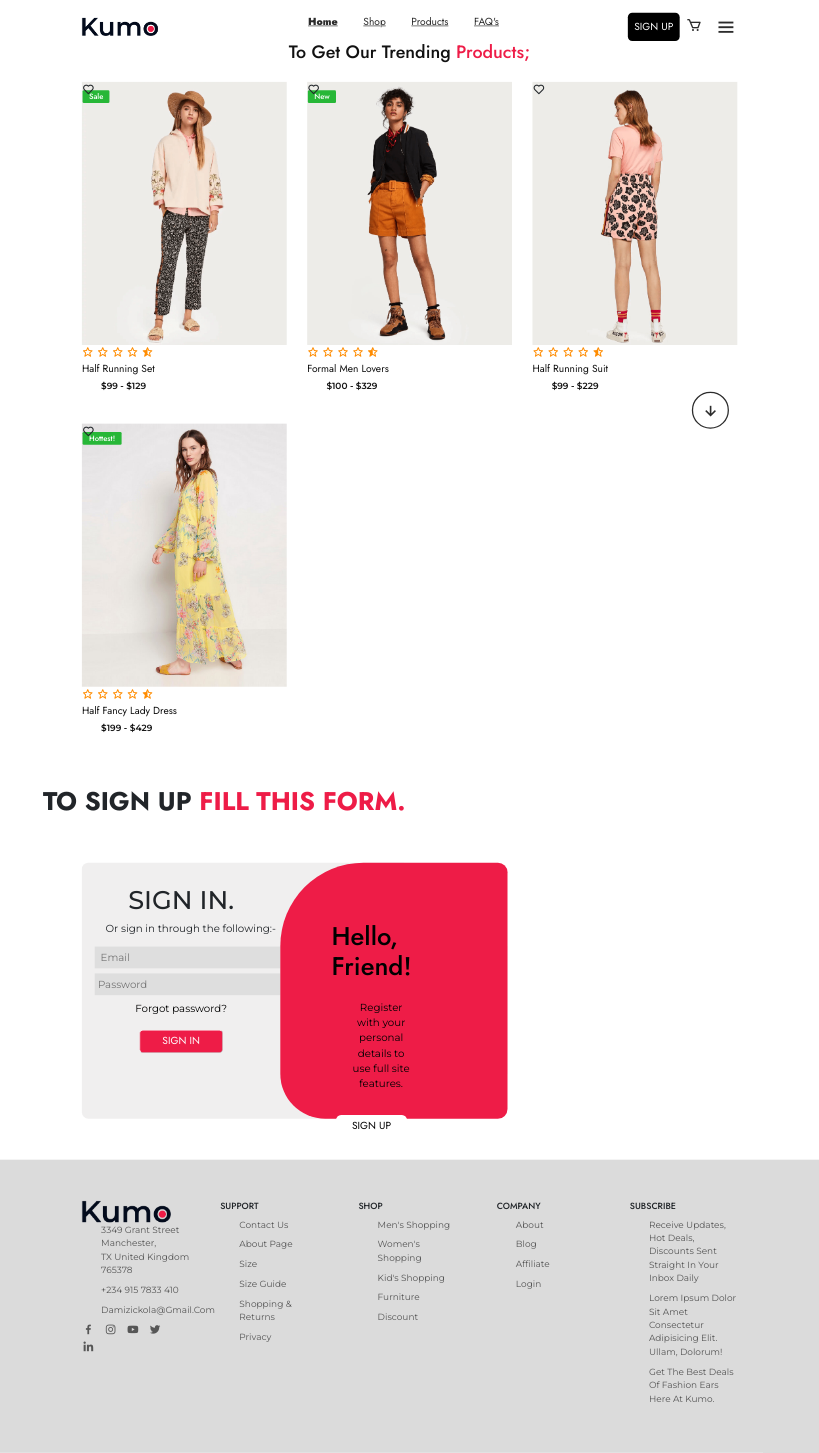
Repository: isaacCodes1/Kumo-Website.
Page: form.html
An editor plug-in stored every save of this project. The page is shown before and after the next save, followed by the edit.
The browser window is 1280 px wide. The pictures show the whole page, at 64% of full size.
The pointer rests on the first visible `.pro2`.

Above is the page before, as saved 2024-03-26 11:44:59.

### form.html
<!DOCTYPE html>
<html lang="en">
  <head>
    <meta charset="UTF-8" />
    <meta name="viewport" content="width=device-width, initial-scale=1.0" />
    <link rel="stylesheet" href="style.css" />
    <link rel="stylesheet" href="Mediaquery.css" />
    <link rel="preconnect" href="https://fonts.googleapis.com" />
    <link rel="preconnect" href="https://fonts.gstatic.com" crossorigin />
    <link
      href="https://fonts.googleapis.com/css2?family=Bricolage+Grotesque:opsz,wght@12..96,200..800&family=Jost:ital,wght@0,100..900;1,100..900&family=Montserrat:ital,wght@0,100..900;1,100..900&family=Poppins:ital,wght@0,100;0,200;0,300;0,400;0,500;0,600;0,700;0,800;0,900;1,100;1,200;1,300;1,400;1,500;1,600;1,700;1,800;1,900&display=swap"
      rel="stylesheet"
    />
    <link
      rel="stylesheet"
      href="https://cdnjs.cloudflare.com/ajax/libs/font-awesome/6.5.1/css/all.min.css"
      integrity="sha512-DTOQO9RWCH3ppGqcWaEA1BIZOC6xxalwEsw9c2QQeAIftl+Vegovlnee1c9QX4TctnWMn13TZye+giMm8e2LwA=="
      crossorigin="anonymous"
      referrerpolicy="no-referrer"
    />
    <link
      rel="stylesheet"
      href="https://unpkg.com/boxicons@latest/css/boxicons.min.css"
    />
    <link
      href="https://cdn.jsdelivr.net/npm/bootstrap@5.2.3/dist/css/bootstrap.min.css"
      rel="stylesheet"
      integrity="sha384-rbsA2VBKQhggwzxH7pPCaAqO46MgnOM80zW1RWuH61DGLwZJEdK2Kadq2F9CUG65"
      crossorigin="anonymous"
    />
    <script
      src="https://cdn.jsdelivr.net/npm/bootstrap@5.2.3/dist/js/bootstrap.bundle.min.js"
      integrity="sha384-kenU1KFdBIe4zVF0s0G1M5b4hcpxyD9F7jL+jjXkk+Q2h455rYXK/7HAuoJl+0I4"
      crossorigin="anonymous"
    ></script>
    <title>Document</title>
  </head>
  <body>
    <header>
      <a href="index.html" class="logo"><img src="Assets/logo.png" alt="" /></a>
      <ul class="navmenu">
        <li><a style="font-weight: 900" href="index.html">Home</a></li>
        <li><a href="shop.html">Shop</a></li>
        <li><a href="products.html">Products</a></li>
        <li><a href="Questions.html">FAQ's</a></li>
      </ul>
      <div class="nav-icon">
        <a href="form.html" class="yes">SIGN UP</a>
        <a href="#"><i class="bx bx-cart"></i></a>
        <div class="bx bx-menu" id="menu-icon"></div>
      </div>
    </header>
    <!-- <trending-products-section-->
    <section class="trending-product" id="trending">
      <div class="center-text">
        <h2>To Get Our Trending <span>Products;</span></h2>
      </div>
      <div class="products">
        <div class="row">
          <img src="/Assets/1.jpg" alt="" />
          <div class="product-text">
            <h5>Sale</h5>
          </div>
          <div class="heart-icon">
            <i class="bx bx-heart"></i>
          </div>
          <div class="ratting">
            <i class="bx bx-star"></i>
            <i class="bx bx-star"></i>
            <i class="bx bx-star"></i>
            <i class="bx bx-star"></i>
            <i class="bx bxs-star-half"></i>
          </div>
          <div class="price">
            <h4>Half Running Set</h4>
            <p>$99 - $129</p>
          </div>
        </div>

        <div class="row">
          <img src="/Assets/2.jpg" alt="" />
          <div class="product-text">
            <h5>New</h5>
          </div>
          <div class="heart-icon">
            <i class="bx bx-heart"></i>
          </div>
          <div class="ratting">
            <i class="bx bx-star"></i>
            <i class="bx bx-star"></i>
            <i class="bx bx-star"></i>
            <i class="bx bx-star"></i>
            <i class="bx bxs-star-half"></i>
          </div>
          <div class="price">
            <h4>Formal Men Lovers</h4>
            <p>$100 - $329</p>
          </div>
        </div>
        <div class="row">
          <img src="/Assets/3.jpg" alt="" />
          <div class="heart-icon">
            <i class="bx bx-heart"></i>
          </div>
          <div class="ratting">
            <i class="bx bx-star"></i>
            <i class="bx bx-star"></i>
            <i class="bx bx-star"></i>
            <i class="bx bx-star"></i>
            <i class="bx bxs-star-half"></i>
          </div>
          <div class="price">
            <h4>Half Running Suit</h4>
            <p>$99 - $229</p>
          </div>
        </div>
        <div class="row">
          <img src="/Assets/4.jpg" alt="" />
          <div class="product-text">
            <h5>Hottest!</h5>
          </div>
          <div class="heart-icon">
            <i class="bx bx-heart"></i>
          </div>
          <div class="ratting">
            <i class="bx bx-star"></i>
            <i class="bx bx-star"></i>
            <i class="bx bx-star"></i>
            <i class="bx bx-star"></i>
            <i class="bx bxs-star-half"></i>
          </div>
          <div class="price">
            <h4>Half Fancy Lady Dress</h4>
            <p>$199 - $429</p>
          </div>
        </div>
      </div>
      <div class="down-arrow">
        <a href="#contact-info" class="down"
          ><i class="bx bx-down-arrow-alt"></i
        ></a>
      </div>
    </section>
    <h1 class="final">TO SIGN UP <span> FILL THIS FORM.</span></h1>
    <section class="section1">
      <div class="formContainer">
        <form class="form">
          <h1 class="pro3">SIGN IN.</h1>
          <p>Or sign in through the following:-</p>
          <div>
            <input class="proi" type="email" placeholder=" Email" />
          </div>
          <div>
            <input class="proh" type="password" placeholder="Password" />
          </div>
          <a class="forget" href="#">Forgot password?</a>
          <button class="sign">SIGN IN</button>
        </form>
        <div class="contentText">
          <h1 class="hello">Hello, Friend!</h1>
          <p>Register with your personal details to use full site features.</p>
          <a href="Form2.html" class="pro2">SIGN UP</a>
        </div>
      </div>
    </section>

    <!-- contact-section -->

    <section class="contact">
      <div class="contact-info" id="contact-info">
        <div class="first-info">
          <img src="/Assets/logo.png" alt="" />
          <p>3349 Grant street Manchester, <br />TX United kingdom 765378</p>
          <p>+234 915 7833 410</p>
          <a href="https://mail.google.com/mail/u/0/#inbox"
            ><p>damizickola@gmail.com</p></a
          >

          <div class="social-icon">
            <a href="https://www.facebook.com/profile.php?id=61551880766580"
              ><i class="bx bxl-facebook"></i
            ></a>
            <a href="https://instagram.com"><i class="bx bxl-instagram"></i></a>
            <a href="https://www.youtube.com/watch?v=FaNTVjATYHQ"
              ><i class="bx bxl-youtube"></i
            ></a>
            <a href="#"><i class="bx bxl-twitter"></i></a>
            <a href="#"><i class="bx bxl-linkedin"></i></a>
          </div>
        </div>
        <div class="second-info">
          <h4>Support</h4>
          <p>Contact Us</p>
          <p>About Page</p>
          <p>Size</p>
          <p>Size Guide</p>
          <p>Shopping & Returns</p>
          <p>Privacy</p>
        </div>

        <div class="third-info">
          <h4>Shop</h4>
          <p>Men's Shopping</p>
          <p>Women's Shopping</p>
          <p>Kid's Shopping</p>
          <p>Furniture</p>
          <p>Discount</p>
        </div>
        <div class="fourth-info">
          <h4>Company</h4>
          <p>About</p>
          <p>Blog</p>
          <p>Affiliate</p>
          <p>Login</p>
        </div>

        <div class="five">
          <h4>Subscribe</h4>
          <p>
            Receive Updates, Hot Deals, Discounts Sent Straight In your Inbox
            Daily
          </p>
          <p>
            Lorem ipsum dolor sit amet consectetur adipisicing elit. Ullam,
            dolorum!
          </p>
          <p>Get The Best Deals Of Fashion ears Here At Kumo.</p>
        </div>
      </div>
    </section>
  </body>
  <script
    src="https://cdn.jsdelivr.net/npm/@popperjs/core@2.11.6/dist/umd/popper.min.js"
    integrity="sha384-oBqDVmMz9ATKxIep9tiCxS/Z9fNfEXiDAYTujMAeBAsjFuCZSmKbSSUnQlmh/jp3"
    crossorigin="anonymous"
  ></script>
  <script
    src="https://cdn.jsdelivr.net/npm/bootstrap@5.2.3/dist/js/bootstrap.min.js"
    integrity="sha384-cuYeSxntonz0PPNlHhBs68uyIAVpIIOZZ5JqeqvYYIcEL727kskC66kF92t6Xl2V"
    crossorigin="anonymous"
  ></script>
  <script src="java.js"></script>
</html>

### style.css
* {
  margin: 0;
  padding: 0;
  box-sizing: border-box;
  scroll-behavior: smooth;
  font-family: "Jost", sans-serif;
  list-style-type: none;
  text-decoration: none;
}
header {
  position: fixed;
  width: 100%;
  top: 0;
  right: 0;
  z-index: 1000;
  display: flex;
  align-items: center;
  justify-content: space-between;
  padding: 20px 10%;
}
.logo img {
  max-width: 120px;
  height: auto;
}
.navmenu {
  display: flex;
}
.navmenu li :hover {
  background: #000;
}
.navmenu a {
  color: #2c2c2c;
  font-size: 16px;
  text-transform: capitalize;
  padding: 10px 20px;
  font-weight: 400;
  transition: all 0.42s ease;
}
.navmenu a:hover {
  color: #ee1c47;
}
.nav-icon {
  display: flex;
  align-items: center;
}
.nav-icon i {
  margin-right: 20px;
  color: #2c2c2c;
  font-size: 25px;
  font-weight: 400;
  transition: all 0.42s ease;
}
.nav-icon i:hover {
  transform: scale(1.05);
  color: #ee1c47;
}
#menu-icon {
  font-size: 35px;
  color: #2c2c2c;
  z-index: 10001;
  cursor: pointer;
}
section {
  padding: 5% 10%;
}
.main-home {
  width: 100%;
  height: 100vh;
  background-image: url(Assets/banner-3.png);
  background-position: center;
  background-size: cover;
  display: grid;
  grid-template-columns: repeat(1, 1fr);
  align-items: center;
}
.main-text h5 {
  color: #ee1c47;
  font-size: 16px;

  text-transform: capitalize;
  font-weight: 500;
}
.main-text h1 {
  color: #000;
  font-size: 65px;
  text-transform: capitalize;
  line-height: 1.1;
  font-weight: 600;
  margin: 6px 0 10px;
}
.main-text p {
  color: #333c56;
  font-size: 20px;
  font-style: italic;
  margin-bottom: 20px;
}
.main-btn {
  display: inline-block;
  color: #111;
  font-size: 16px;
  font-weight: 500;
  text-transform: capitalize;
  border: 2px solid#111;
  padding: 12px 25px;
  transition: all 0.42s ease;
}
.main-btn:hover {
  background: #000;
  color: #fff;
}
.main-btn i {
  vertical-align: middle;
}
.down-arrow {
  position: absolute;
  top: 85%;
  right: 11%;
}
.down i {
  font-size: 30px;
  color: #2c2c2c;
  border: 2px solid #2c2c2c;
  border-radius: 50px;
  padding: 12px 12px;
}
.down i:hover {
  background: #2c2c2c;
  color: #fff;
  transition: all 0.42s ease;
}
header.sticky {
  background: #fff;
  padding: 20px 10%;
  box-shadow: 0px 0px 10px rgb(0 0 0 /10%);
}
/* trending-section-css */
.center-text h2 {
  color: #111;
  font-size: 28px;
  text-transform: capitalize;
  text-align: center;
  margin-bottom: 30px;
}
.center-text span {
  color: #ee1c47;
}
.products {
  display: grid;
  grid-template-columns: repeat(auto-fit, minmax(260px, auto));
  gap: 2rem;
}
.row {
  position: relative;
  transition: all 0.4s;
}
.row img {
  width: 100%;
  height: auto;
  transition: all 0.4s;
}
.row img:hover {
  transform: scale(0.9);
}
.product-text h5 {
  position: absolute;
  top: 13px;
  left: 13px;
  color: #fff;
  font-size: 12px;
  font-weight: 500;
  text-transform: capitalize;
  background: #27b737;
  padding: 3px 10px;
  border-radius: 2px;
}
.heart-icon {
  position: absolute;
  right: 0;
  font-size: 20px;
}
.heart-icon:hover {
  color: #ee1c47;
}
.ratting {
  color: #ff8c00;
  font-size: 18px;
}

.price h4 {
  color: #111;
  font-size: 16px;
  text-transform: capitalize;
  font-weight: 400;
}
.price p {
  color: #151515;
  font-size: 14px;
  font-weight: 600;
}
.client-reviews {
  background: #f3f4f6;
}
.reviews {
  text-align: center;
}
.reviews h3 {
  color: #111;
  font-size: 25px;
  text-transform: capitalize;
  text-align: center;
  font-weight: 700;
}
.reviews img {
  width: 100px;
  height: auto;
  border-radius: 80px;
  margin: 10px 0;
}
.reviews p {
  color: #707070;
  font-size: 16px;
  font-weight: 400;
  line-height: 25px;
  margin-bottom: 10px;
}
.reviews h2 {
  font-size: 22px;
  color: #000;
  font-weight: 400;
  text-transform: capitalize;
  margin-bottom: 2px;
}
/* update-section-css */
.up-center-text h2 {
  text-align: center;
  color: #111;
  font-size: 25px;
  text-transform: capitalize;
  font-weight: 700;
  margin-bottom: 30px;
}
.cart img {
  width: 350px;
  height: auto;
  border-radius: 5px;
}
.update-cart {
  display: grid;
  grid-template-columns: repeat(auto-fit, minmax(380px, auto));
  gap: 1px;
}
.cart h5 {
  color: #636872;
  font-size: 14px;
  text-transform: capitalize;
  font-weight: 500;
}
.cart h4 {
  color: #111;
  font-size: 18px;
  font-weight: 600;
}
.cart p {
  color: #707070;
  font-size: 15px;
  max-width: 380px;
  line-height: 25px;
  margin-bottom: 12px;
}
.cart h6 {
  color: #151515;
  font-size: 14px;
  font-weight: 500;
}
/* contact-section */
.contact {
  background: #dbdbdb;
}
.contact-info {
  display: grid;
  grid-template-columns: repeat(auto-fit, minmax(160px, auto));
  gap: 3rem;
}
.first-info img {
  width: 140px;
  height: auto;
}
.contact-info h4 {
  color: #212529;
  font-size: 14px;
  text-transform: uppercase;
  margin-bottom: 10px;
}
.contact-info p {
  color: #565656;
  font-size: 14px;
  font-weight: 400;
  text-transform: capitalize;
  line-height: 1.5;
  margin-bottom: 10px;
  cursor: pointer;
  transition: all 0.42s;
}
.contact-info p:hover {
  color: #ee1c47;
}
.social-icon i {
  color: #565656;
  margin-right: 10px;
  font-size: 20px;
  transition: all 0.42s;
}
.social-icon i:hover {
  transform: scale(1.3);
}
.end-text {
  text-align: center;
  background: #edfff1;
  padding: 20px;
}
.end-text p {
  color: #111;
  text-transform: capitalize;
}

.location {
  width: 80%;
  margin: auto;
  padding: 80px 0;
}
.location iframe {
  width: 100%;
}
.center-text1 h2 {
  font-size: 30px;
}
.center-text1 span {
  color: #ee1c47;
}
.button3 {
  padding: 9px;
  border: 1px solid blue;
  font-size: 18px;
  border-radius: 5px;
  text-decoration: none;
  background: blue;
  color: #fff;
  transition: all 0.42s ease;
}
.button3:hover {
  color: #000;
  background: #fff;
}
.final {
  margin-left: 67px;
  font-weight: 700;
}
.final span {
  color: #ee1c47;
}
.up-arrow {
  border: 2px solid#000;
  width: 60px;
  border-radius: 50px;
  text-align: center;
  font-size: 30px;
}
.up-arrow i {
  color: #000;
}
.up-arrow :hover {
  background: #000;
  color: #fff;
}

.alert {
  background: blue;
  color: #fff;
  margin-top: 200px;
  font-size: 20px;
  margin-bottom: 150px;
}
.first-info a {
  text-decoration: none;
}
.up-center-text span {
  color: #ee1c47;
}
html,
body {
  position: relative;
  height: 100%;
}
body {
  background: #eee;
  font-family: Helvetica Neue, Helvetica, Arial, sans-serif;
  font-size: 14px;
  color: #000;
  margin: 0;
  padding: 0;
}

swiper-container {
  width: 100%;
  height: 100%;
}

swiper-slide {
  text-align: center;
  font-size: 18px;
  background: #000;
  display: flex;
  justify-content: center;
  align-items: center;
}

swiper-slide img {
  display: block;
  width: 100%;
  height: 100%;
  object-fit: cover;
}
.reviews {
  font-size: 25px;
  font-weight: 900;
}
.reviews span {
  color: #ee1c47;
}
.accordion {
  margin-top: 40px;
  margin-bottom: 10px;
}
.male {
  padding-top: 200px;
}
.male span {
  color: #ee1c47;
}
.yes {
  margin-right: 10px;
  padding: 10px;
  background: #000;
  color: #fff;
  border: 1px;
  transition: 1s ease-in-out;
  border-radius: 7px;
  text-decoration: none;
}
.yes:hover {
  color: #000;
  background: #dbdbdb;
}
.formContainer {
  display: flex;
  width: 50%;
  border: 0px solid;
  border-radius: 10px;
  background-color: rgba(232, 231, 231, 0.644);
  height: 400px;
  padding-right: 200px;
}
.form {
  display: flex;
  flex-direction: column;
  align-items: center;
  flex: 0.5;
}
.contentText {
  display: flex;
  flex-direction: column;
  align-items: center;
  flex: 1;
  gap: 20px;
  background-color: #ee1c47;
  color: #000;
  border-radius: 130px 15px 15px 70px;
  font-family: montserrat;
  padding-left: 80px;
  padding-right: 150px;
  padding-top: 90px;
}
.pro1 {
  margin-right: 32px;
  font-family: montserrat;
}
p {
  font-family: montserrat;
  margin-bottom: 15px;
  margin-left: 30px;

  display: flex;
  flex-direction: column;
}
.proi {
  padding: 5px;
  background-color: #dedede;
  color: black;
  border: 1px;
  font-family: montserrat;
  margin-bottom: 8px;
  width: 290px;
  margin-left: 20px;
  outline: none;
}
.proh {
  padding: 5px;
  background-color: #dedede;
  color: black;
  border: 1px;
  font-family: montserrat;
  width: 290px;
  margin-left: 20px;
  margin-bottom: 10px;
  outline: none;
}
.pro7 {
  font-family: montserrat;
}
.pro2 {
  background: #000;
  border-width: 1.5px;
  border-radius: 8px;
  border-color: #000;
  color: #fff;
  padding: 5px 25px 5px 25px;
  transition: 1s ease-in-out;
  text-decoration: none;
}
.pro2:hover {
  transition: 0.15s;
  background-color: #fff;
  color: #000 ;
  cursor: pointer;
}

.pro3 {
  font-family: montserrat;
  padding-top: 35px;
}
.forget {
  text-decoration: none;
  color: black;
  font-family: montserrat;
  margin-bottom: 5px;
}
.sign {
  background-color: #ee1c47;
  border-width: 1px;
  border-radius: 5px;
  border-color: white;
  color: white;
  padding: 5px 35px 5px 35px;
  margin-top: 15px;
  transition: 1s ease-in-out;
  cursor: pointer;
}
.sign:hover {
  color: #fff;
  background-color: #000;
}
.contentText .hello {
  font-size: 40px;
  display: flex;
  align-items: center;
  justify-content: center;
  flex-direction: column;
}
.contentText p {
  text-align: center;
}

### Mediaquery.css
@media (890px) {
  header {
    padding: 20px 3%;
    transition: 0.4s;
  }
  .center-text h2 {
    font-size: 12px;
  }
}
@media (max-width: 630px) {
  .main-text h1 {
    font-size: 50px;
    transition: 0.4s;
  }
  .main-text p {
    font-size: 18px;
    transition: 0.4s;
  }
  .main-btn {
    padding: 10px 20px;
    transition: 0.4s;
  }
  .center-text h2 {
    font-size: 12px;
  }
}
@media (max-width: 750px) {
  .navmenu {
    position: absolute;
    top: 100%;
    right: -100%;
    width: 300px;
    height: 130vh;
    background: #edfff1;
    display: flex;
    flex-direction: column;
    align-items: center;
    padding: 120px 30px;
    transition: all 0.42s;
  }
  .navmenu a {
    display: block;
    margin: 18px 0;
  }
  .navmenu.open {
    right: 0;
  }
  .center-text h2 {
    font-size: 12px;
  }
}
@media (max-width: 700px) {
  .center-text h2 {
    font-size: 0;
  }
  .header {
    margin-bottom: 20px;
    color: #000;
  }
  .cart {
    align-items: center;
    display: flex;
    flex-direction: column;
  }
  .cart img {
    width: 270px;
    margin-right: 80px;
  }
  .cart p {
    font-size: 10px;
    margin-right: 80px;
  }
  .cart h4 {
    font-size: 12px;
    margin-right: 80px;
  }
  .cart h6 {
    font-size: 10px;
    margin-right: 80px;
  }
  .contact-info {
    display: flex;
    flex-direction: column;
    align-items: center;
  }
  .center-text1 h2 {
    font-size: 25px;
  }
  .navmenu {
    padding-bottom: 30px;
  }
}

### java.js
const header = document.querySelector("header");

window.addEventListener("scroll", function () {
  header.classList.toggle("sticky", window.scrollY > 0);
});

let menu = document.querySelector("#menu-icon");
let navmenu = document.querySelector(".navmenu");

menu.onclick = () => {
  menu.classList.toggle("bx-x");
  navmenu.classList.toggle("open");
};

After the next save:
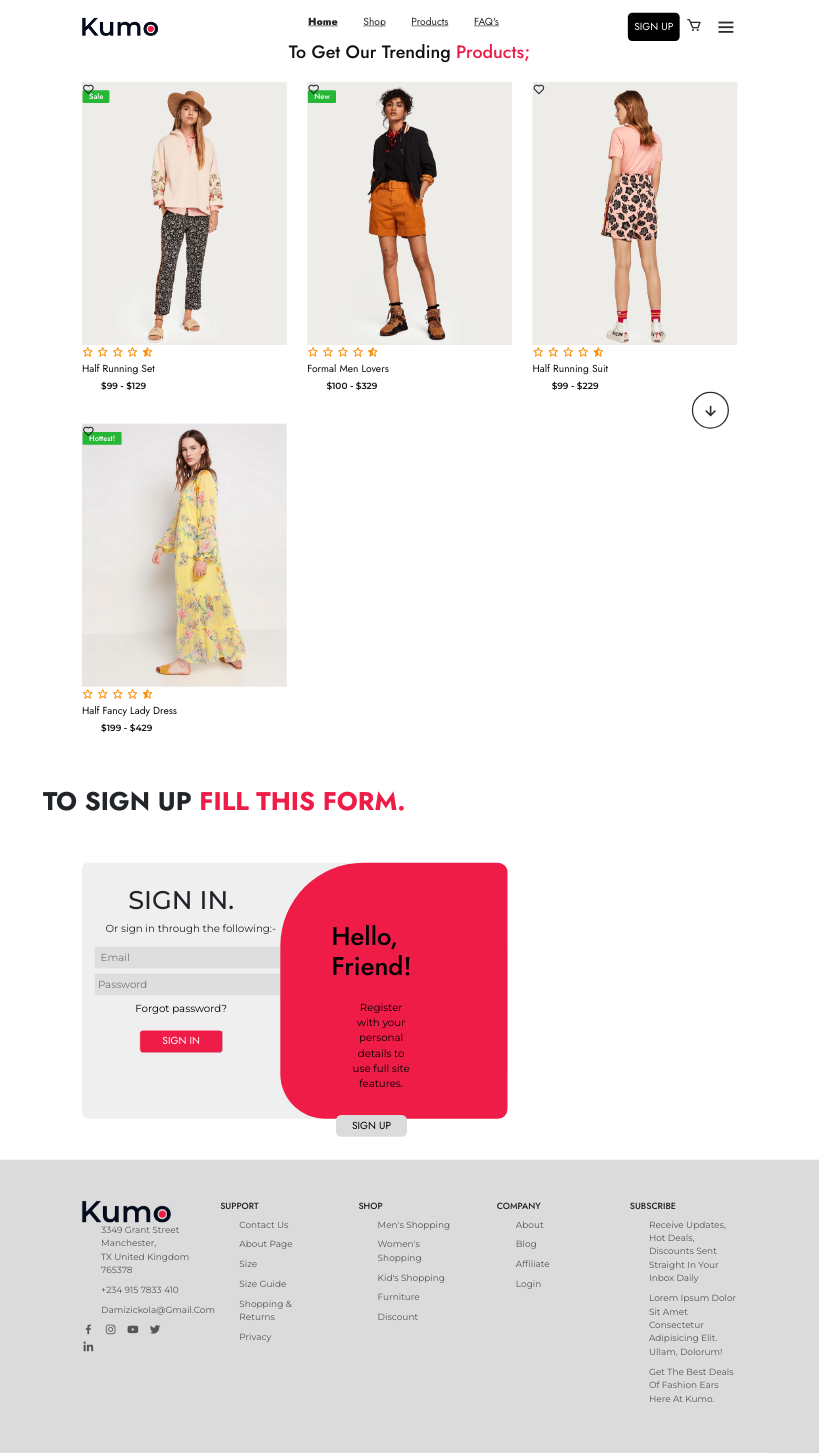
Saved 7 s later.
--- a/style.css
+++ b/style.css
@@ -529,8 +529,8 @@ p {
 }
 .pro2:hover {
   transition: 0.15s;
-  background-color: #fff;
-  color: #000 ;
+  background-color: #dbdbdb;
+  color: #000;
   cursor: pointer;
 }
 
